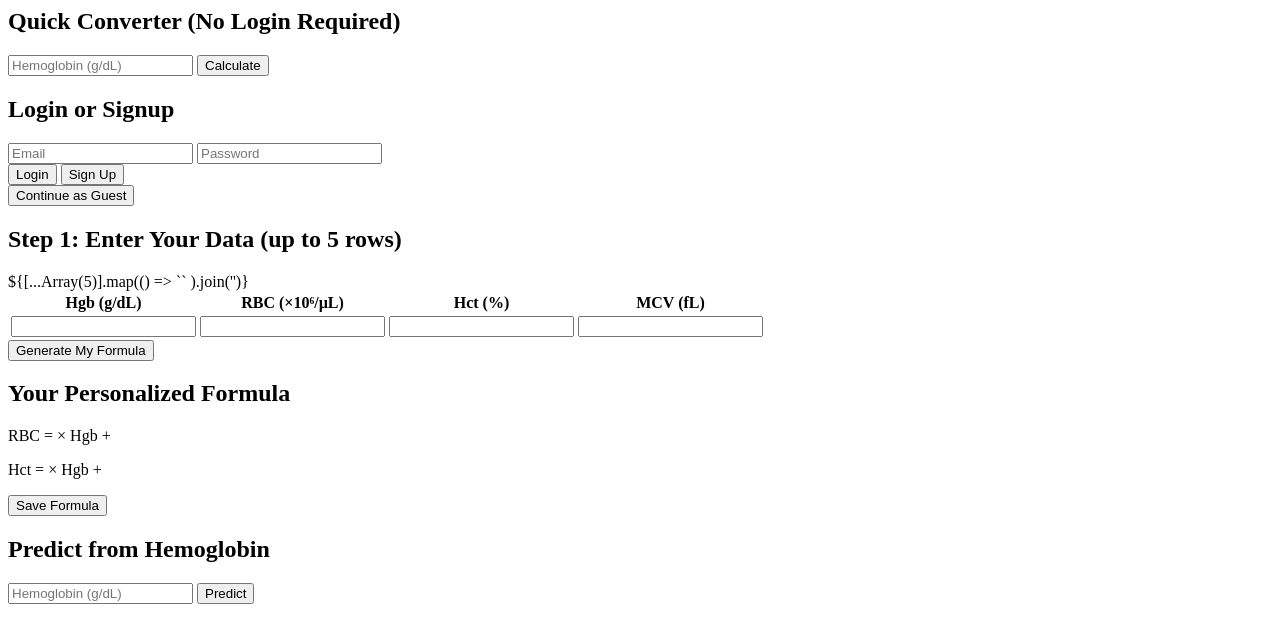
Repository: austenhughes1/hemoglobin_rbc_metrics
Page: index.html
An editor plug-in stored every save of this project. The page is shown before and after the next save, followed by the edit.
The browser window is 1280 px wide. The pictures show the whole page.

Above is the page before, as saved 2025-06-22 14:29:22.

### index.html
<!-- Always Visible: Generic Quick Converter -->
<div id="generic-calculator" class="p-4 bg-white shadow rounded mb-8">
  <h2 class="text-xl font-semibold mb-2">Quick Converter (No Login Required)</h2>
  <div class="flex space-x-2">
    <input id="generic-hgb" type="number" step="0.1" placeholder="Hemoglobin (g/dL)" class="border p-2 rounded flex-1" />
    <button onclick="genericPredict()" class="bg-blue-600 text-white px-4 py-2 rounded">Calculate</button>
  </div>
  <p id="generic-result" class="mt-2 text-gray-700"></p>
</div>

<!-- Authentication Section -->
<div id="auth-section" class="hidden p-4 bg-white shadow rounded mb-8">
  <h2 class="text-xl font-semibold mb-4">Login or Signup</h2>
  <input id="auth-email" type="email" placeholder="Email" class="border p-2 rounded w-full mb-2" />
  <input id="auth-password" type="password" placeholder="Password" class="border p-2 rounded w-full mb-4" />
  <div class="flex space-x-2">
    <button id="btn-login" class="bg-green-600 text-white px-4 py-2 rounded flex-1">Login</button>
    <button id="btn-signup" class="bg-yellow-600 text-white px-4 py-2 rounded flex-1">Sign Up</button>
  </div>
  <button id="btn-guest" class="mt-4 text-blue-600 underline">Continue as Guest</button>
</div>

<!-- Data Entry Section (Visible after login or guest) -->
<div id="data-section" class="hidden p-4 bg-white shadow rounded mb-8">
  <h2 class="text-xl font-semibold mb-2">Step 1: Enter Your Data (up to 5 rows)</h2>
  <table id="dataTable" class="w-full mb-4 table-auto border-collapse">
    <thead>
      <tr>
        <th class="border p-2">Hgb (g/dL)</th>
        <th class="border p-2">RBC (×10⁶/µL)</th>
        <th class="border p-2">Hct (%)</th>
        <th class="border p-2">MCV (fL)</th>
      </tr>
    </thead>
    <tbody>
      ${[...Array(5)].map(() =>
        `<tr>
          <td class=\"border p-2\"><input type=\"number\" step=\"0.1\" class=\"w-full p-1\" /></td>
          <td class=\"border p-2\"><input type=\"number\" step=\"0.01\" class=\"w-full p-1\" /></td>
          <td class=\"border p-2\"><input type=\"number\" step=\"0.1\" class=\"w-full p-1\" /></td>
          <td class=\"border p-2\"><input type=\"number\" step=\"0.1\" class=\"w-full p-1\" /></td>
        </tr>`
      ).join('')}
    </tbody>
  </table>
  <button id="btn-generate" class="bg-indigo-600 text-white px-4 py-2 rounded">Generate My Formula</button>
</div>

<!-- Formula Display Section -->
<div id="formula-section" class="hidden p-4 bg-white shadow rounded mb-8">
  <h2 class="text-xl font-semibold mb-2">Your Personalized Formula</h2>
  <p>RBC = <span id="coef-rbc-a"></span> × Hgb + <span id="coef-rbc-b"></span></p>
  <p>Hct = <span id="coef-hct-c"></span> × Hgb + <span id="coef-hct-d"></span></p>
  <button id="btn-save" class="mt-4 bg-green-600 text-white px-4 py-2 rounded">Save Formula</button>
</div>

<!-- Prediction Section -->
<div id="predict-section" class="hidden p-4 bg-white shadow rounded">
  <h2 class="text-xl font-semibold mb-2">Predict from Hemoglobin</h2>
  <input id="input-hgb" type="number" step="0.1" placeholder="Hemoglobin (g/dL)" class="border p-2 rounded w-full mb-2" />
  <button id="btn-predict" class="bg-blue-600 text-white px-4 py-2 rounded w-full">Predict</button>
  <p id="prediction-result" class="mt-3 text-gray-700 font-medium"></p>
</div>

After the next save:
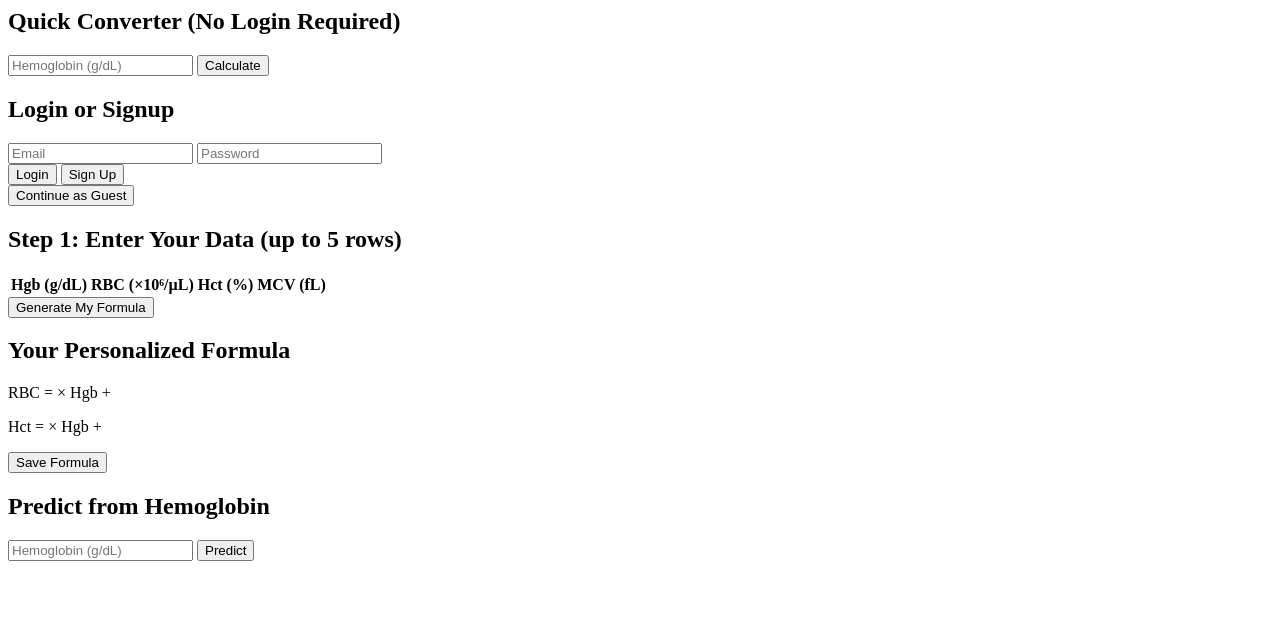
Saved 3 min 55 s later.
--- a/index.html
+++ b/index.html
@@ -32,16 +32,7 @@
         <th class="border p-2">MCV (fL)</th>
       </tr>
     </thead>
-    <tbody>
-      ${[...Array(5)].map(() =>
-        `<tr>
-          <td class=\"border p-2\"><input type=\"number\" step=\"0.1\" class=\"w-full p-1\" /></td>
-          <td class=\"border p-2\"><input type=\"number\" step=\"0.01\" class=\"w-full p-1\" /></td>
-          <td class=\"border p-2\"><input type=\"number\" step=\"0.1\" class=\"w-full p-1\" /></td>
-          <td class=\"border p-2\"><input type=\"number\" step=\"0.1\" class=\"w-full p-1\" /></td>
-        </tr>`
-      ).join('')}
-    </tbody>
+    <tbody id="data-tbody"></tbody>
   </table>
   <button id="btn-generate" class="bg-indigo-600 text-white px-4 py-2 rounded">Generate My Formula</button>
 </div>
